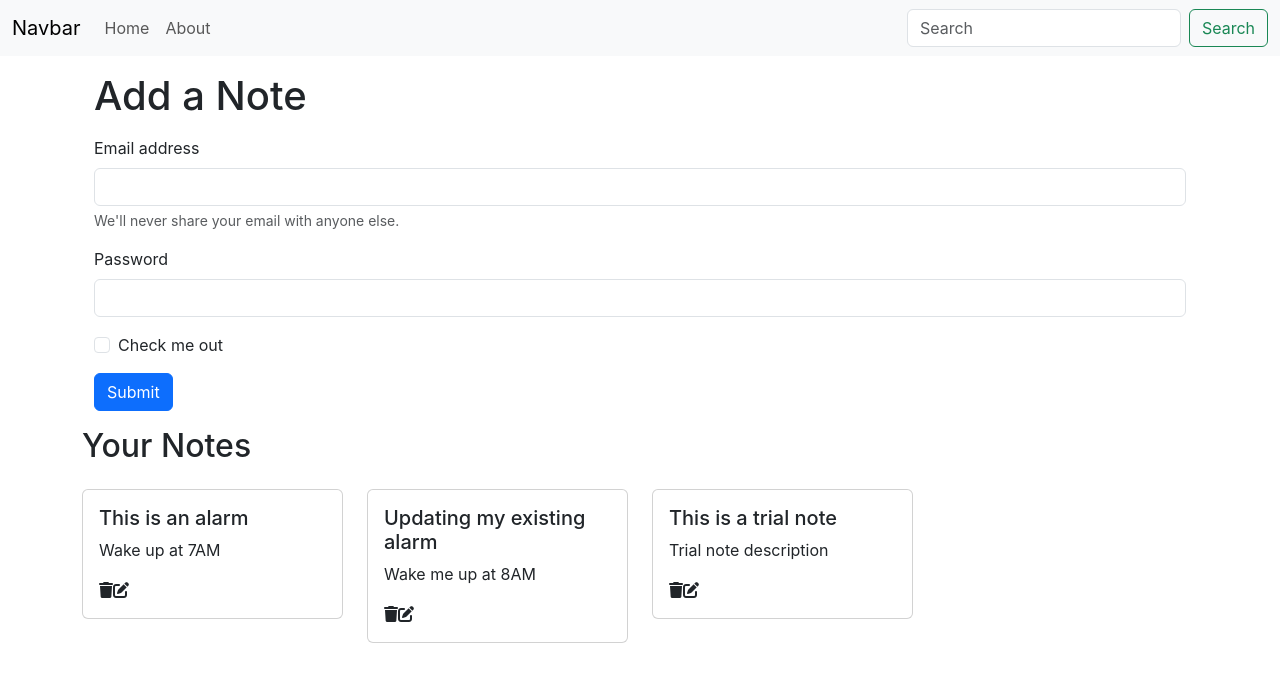
Repository: bhaveshdaipuria/inotebook
Page: /home
An editor plug-in stored every save of this project. The page is shown before and after the next save, followed by the edit.
The browser window is 1280 px wide. The pictures show the whole page.
Some web libraries are served in a nearby version. The project was rebuilt for these pictures with package versions that can differ from the ones it lists, and the page was loaded fresh each time. Also part of the build but not shown: src/App.css, src/components/About.js.

Above is the page before, as saved 2023-05-03 16:21:17.

After the next save:
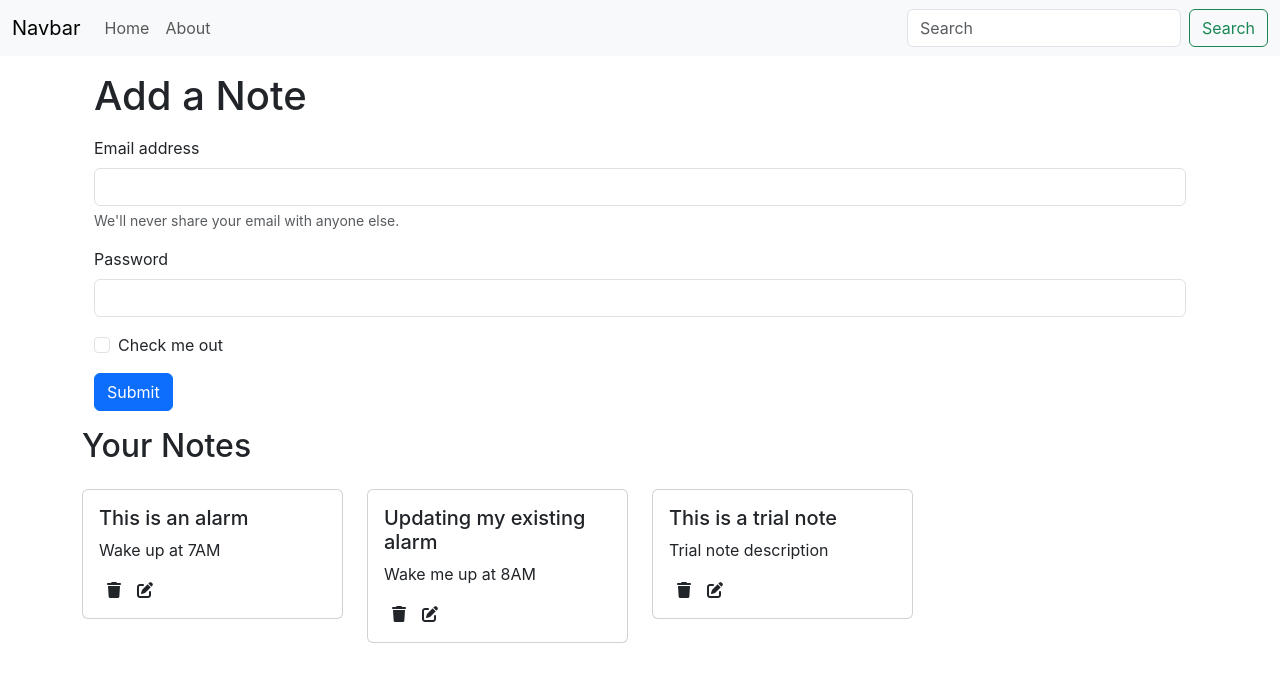
Saved 21 s later.
--- a/src/components/NoteItem.js
+++ b/src/components/NoteItem.js
@@ -7,8 +7,8 @@ function NoteItem({title, description}) {
         <div className='card-body'>
             <h5 className='card-title'>{title}</h5>
             <p className='card-text'>{description}</p>
-            <i class="fa-sharp fa-solid fa-trash"></i>
-            <i class="fa-solid fa-pen-to-square"></i>
+            <i class="fa-sharp fa-solid fa-trash mx-2"></i>
+            <i class="fa-solid fa-pen-to-square mx-2"></i>
         </div>
     </div>
     </div>
